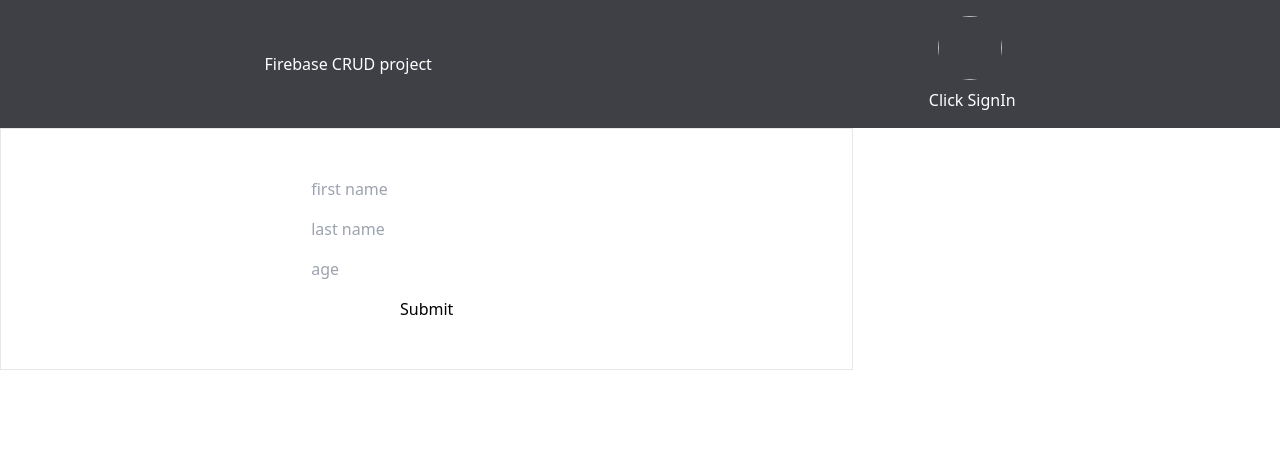
Repository: Semanmernstack/firebase-crud
Page: /
These files come from the project's save history. The page is drawn as it stood at one moment and after the next save; the edit follows.
The browser window is 1280 px wide. The pictures show the whole page.
The project was rebuilt for these pictures with package versions that can differ from the ones it lists, and the page was loaded fresh each time.

Above is the page before, as saved 2023-03-17 02:04:09.

After the next save:
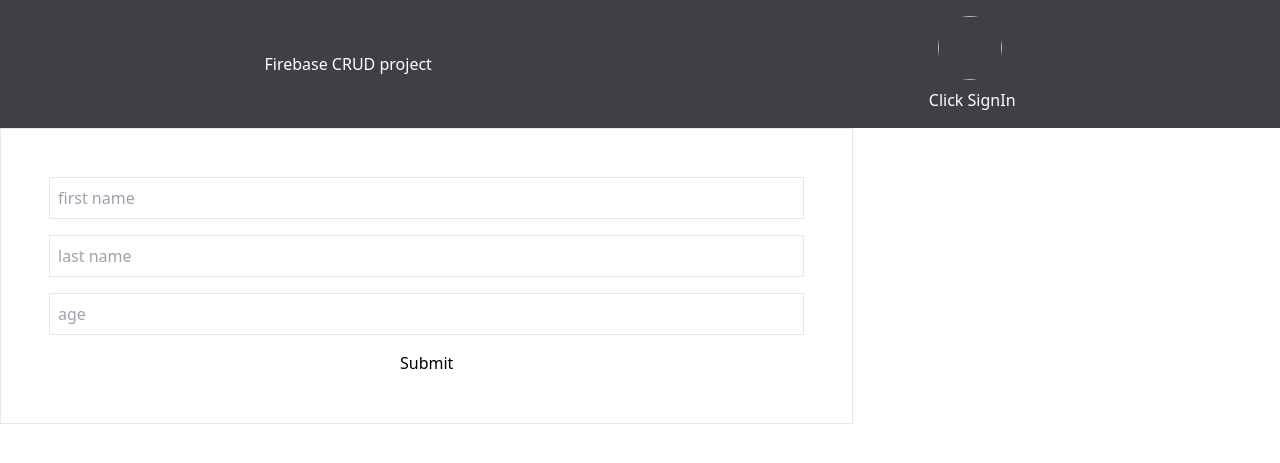
Saved 3 min 14 s later.
--- a/src/components/Body.js
+++ b/src/components/Body.js
@@ -11,10 +11,10 @@ function Body() {
   return (
     <div className="p-8 text-black flex flex-col w-2/3 border ">
         <form className='flex flex-col p-4 gap-4 items-center justify-center text-center' onSubmit={handleSubmit(onSubmit)}>
-            <input placeholder='first name'  {...register('firstName')} />
-            <input placeholder='last name' {...register('lastName', { required: true })} />
+            <input className="w-full p-2 border "  placeholder='first name'  {...register('firstName')} />
+            <input className="w-full p-2 border "  placeholder='last name' {...register('lastName', { required: true })} />
             {errors.lastName && <p>Last name is required.</p>}
-            <input placeholder='age' {...register('age', { pattern: /\d+/ })} />
+            <input className="w-full p-2 border "  placeholder='age' {...register('age', { pattern: /\d+/ })} />
             {errors.age && <p>Please enter number for age.</p>}
             <input type="submit" />
         </form>
